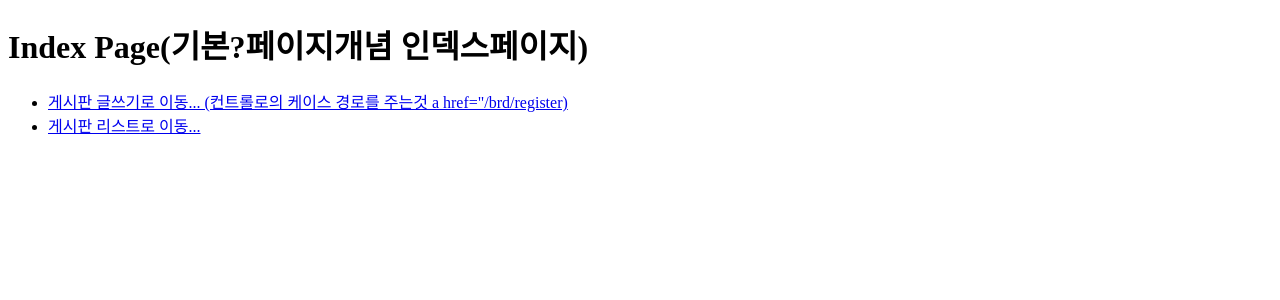
Repository: gatsby5959/_jsp_workspace_brd-mem_copy
Page: http://localhost/jsp_BoardMember/
An editor plug-in stored every save of this project. The page is shown before and after the next save, followed by the edit.
The browser window is 1280 px wide. The pictures show the whole page.
The page is served by Tomcat 9.

Above is the page before, as saved 2023-09-07 12:42:30.

After the next save:
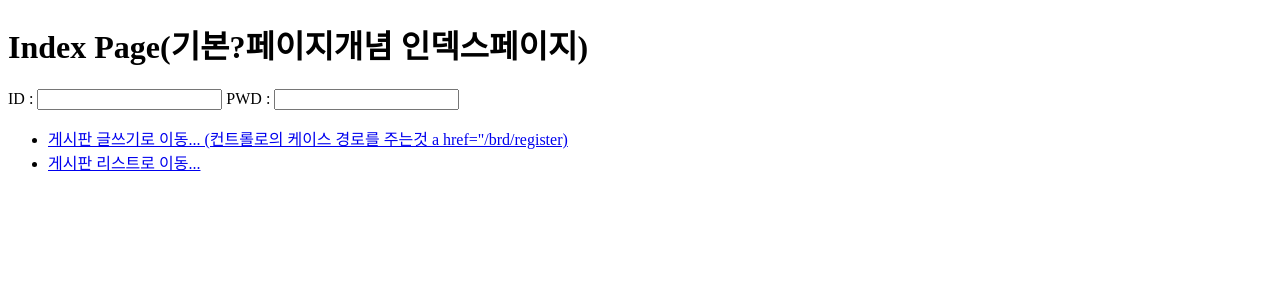
Saved 19 h 7 min later.
--- a/jsp_BoardMember/src/main/webapp/index.jsp
+++ b/jsp_BoardMember/src/main/webapp/index.jsp
@@ -8,6 +8,12 @@
 </head>
 <body>
 <h1>Index Page(기본?페이지개념 인덱스페이지)</h1>
+
+<form action="">
+	ID : <input type="text" name ="id">
+	PWD : <input type="text" name ="pwd">
+</form>
+
 <ul>
 	<li><!-- .jsp파일에서는 컨트롤러를 거치게 하려면 /brd/를 일단 쓴다 컨트롤러에 @WebServlet("/brd/*") 써놓았다. .jsp파일중 모든 /brd/는 잡히면 컨트롤러가 읽을 예정이다. -->
 		<a href="/brd/register">게시판 글쓰기로 이동... (컨트롤로의 케이스 경로를 주는것 a href="/brd/register)  </a>
